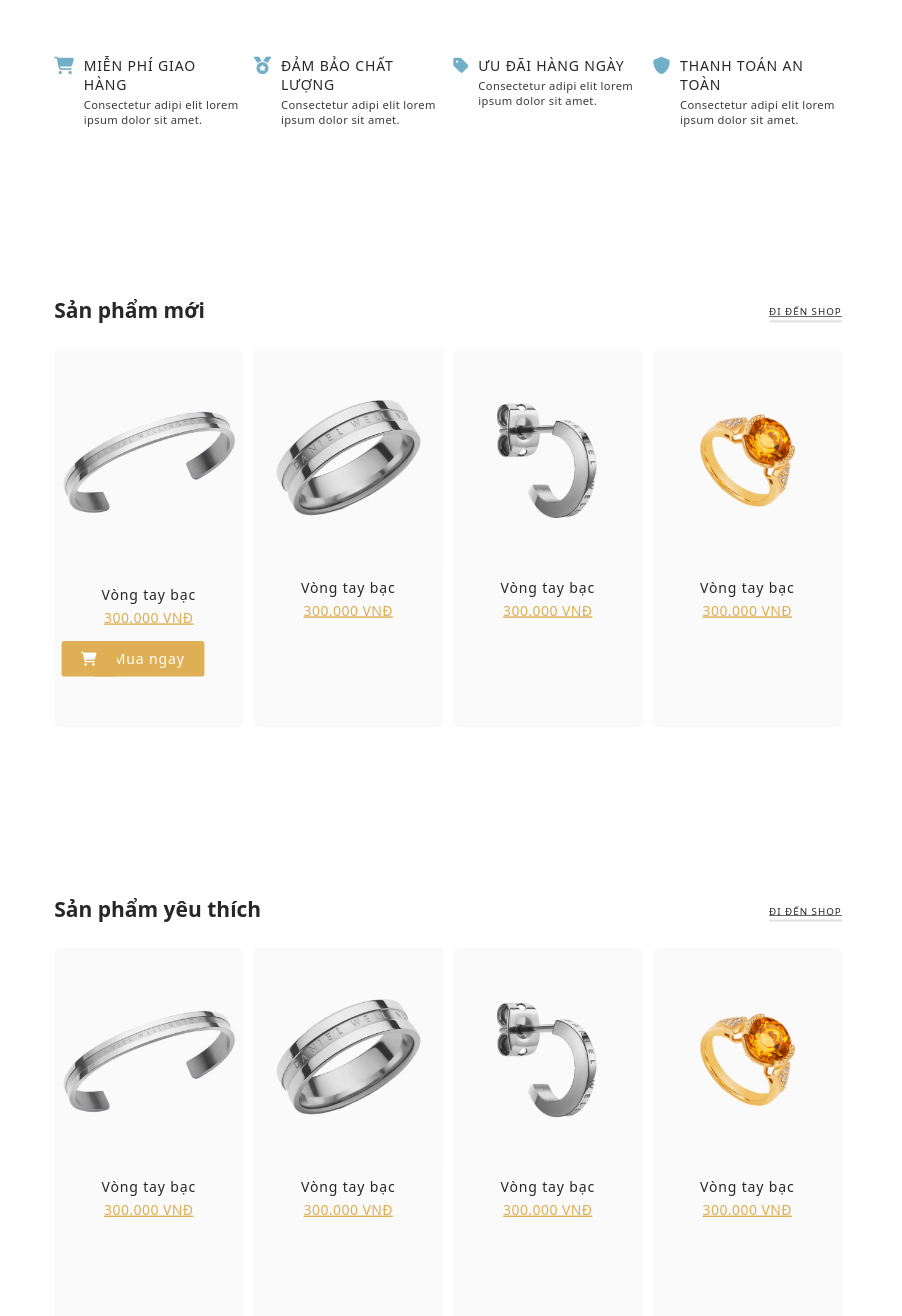
Repository: CangNgo/shoptrangsuc.github.io
Page: index.html
These files come from the project's save history. The page is drawn as it stood at one moment and after a run of saves; the edit follows.
The browser window is 1280 px wide. The page is 1288 px wide, so the pictures cover 1288 px, including what lies to the right of the window. The pictures show the part of the page from y = 762 to 2642 px (the page is 5591 px tall), at 70% of full size.

Above is the page before, as saved 2024-01-11 18:05:22.

After the next 2 saves:
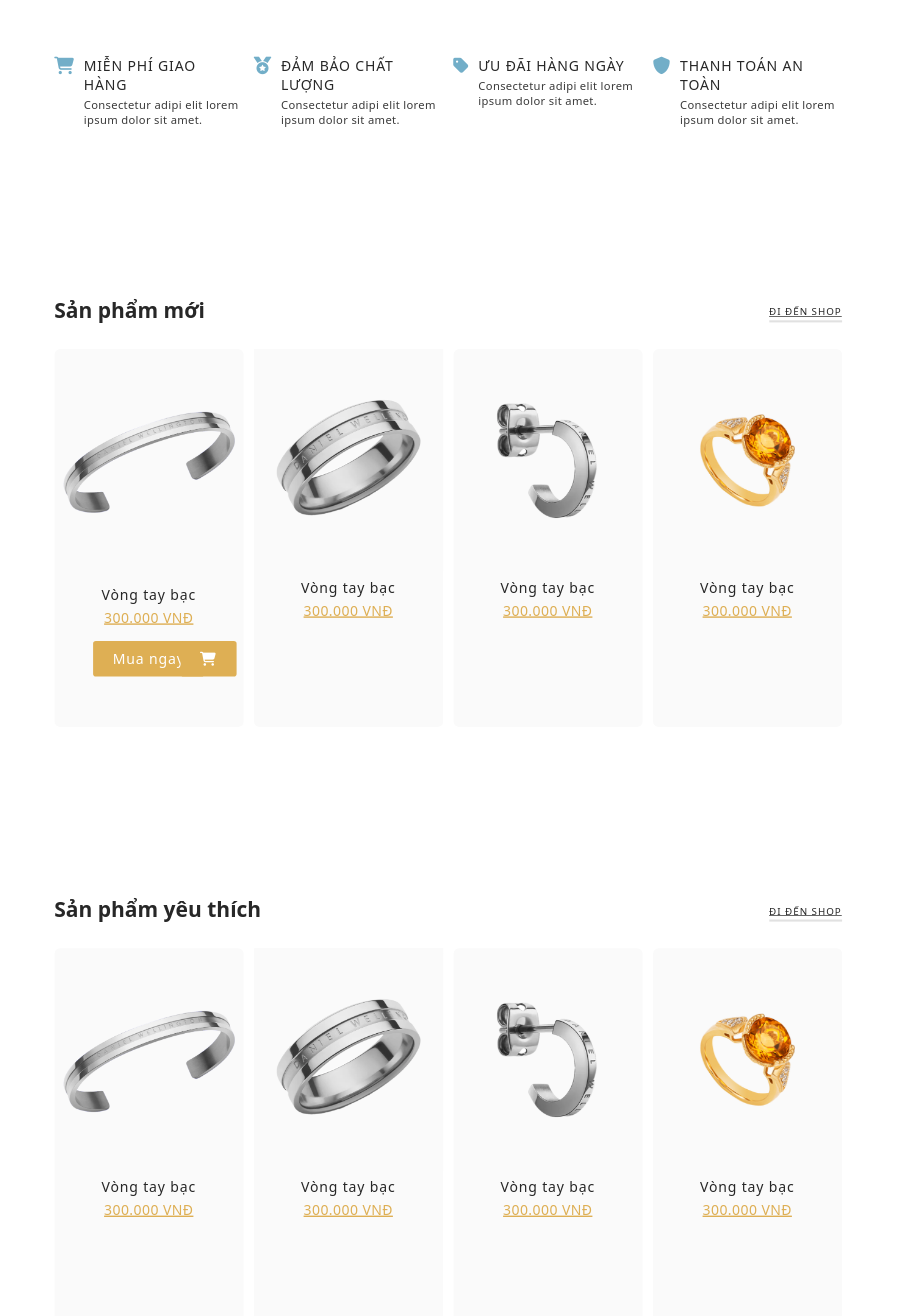
The 2 saves are shown as one change because they came seconds apart.
The last was saved 11 s later.
--- a/index.html
+++ b/index.html
@@ -163,7 +163,7 @@
                                 </div>
                                 <div class="buy-product" style="position: relative;">
                                     <button name="buy_product">Mua ngay</button>
-                                    <button style="position: absolute; top: 0; left: 10px;"><i class="fa-solid fa-cart-shopping"></i></button>
+                                    <button style="position: absolute; top: 0; right: 10px;"><i class="fa-solid fa-cart-shopping"></i></button>
                                 </div>
                             </div>
                         </div>
